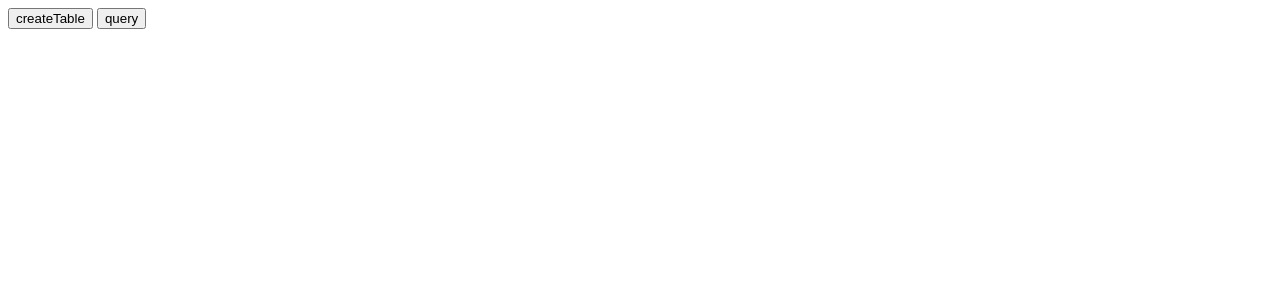
Repository: qq847261175/JavaWeb
Page: Jdbc_0010_MysqlConnected/WebRoot/welcome.html
These files come from the project's save history. The page is drawn as it stood at one moment and after the next save; the edit follows.
The browser window is 1280 px wide. The pictures show the whole page.

Above is the page before, as saved 2016-10-28 08:06:23.

### Jdbc_0010_MysqlConnected/WebRoot/welcome.html
<head>

<body>
<form action="CreateTableServlet" method="get">
<input type="submit" value="createTable"/>
<input type="submit" value="query"/>

</form>

</body>

</head>

After the next save:
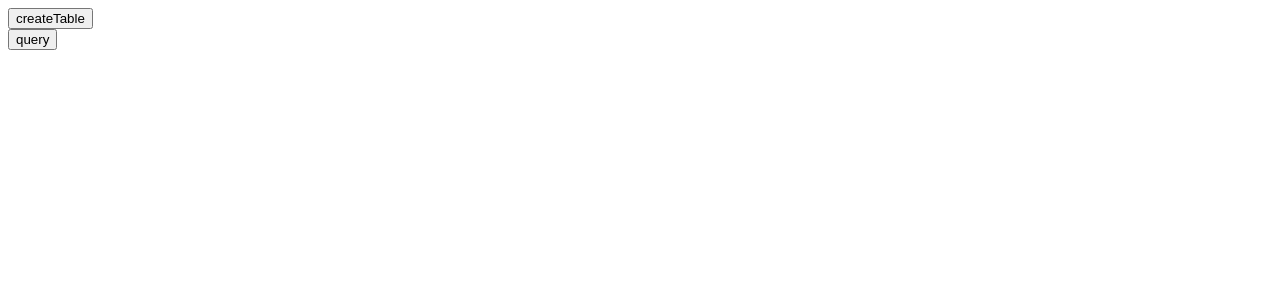
Saved 12 s later.
--- a/Jdbc_0010_MysqlConnected/WebRoot/welcome.html
+++ b/Jdbc_0010_MysqlConnected/WebRoot/welcome.html
@@ -2,7 +2,7 @@
 
 <body>
 <form action="CreateTableServlet" method="get">
-<input type="submit" value="createTable"/>
+<input type="submit" value="createTable"/><br/>
 <input type="submit" value="query"/>
 
 </form>
